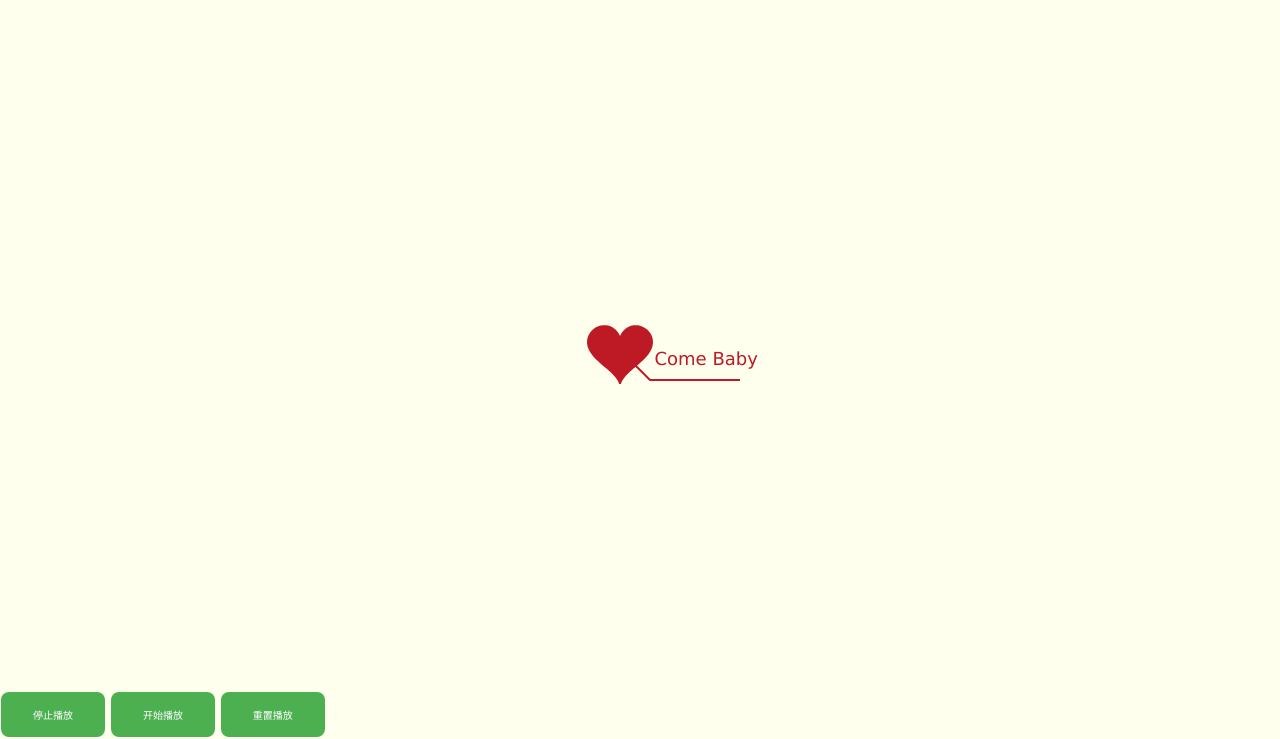
Repository: FuchangXu/FuchangXu.github.io
Page: index.html
These files come from the project's save history. The page is drawn as it stood at one moment and after the next save; the edit follows.
The browser window is 1280 px wide. The pictures show the whole page.

Above is the page before, as saved 2024-08-22 17:29:26.

After the next save:
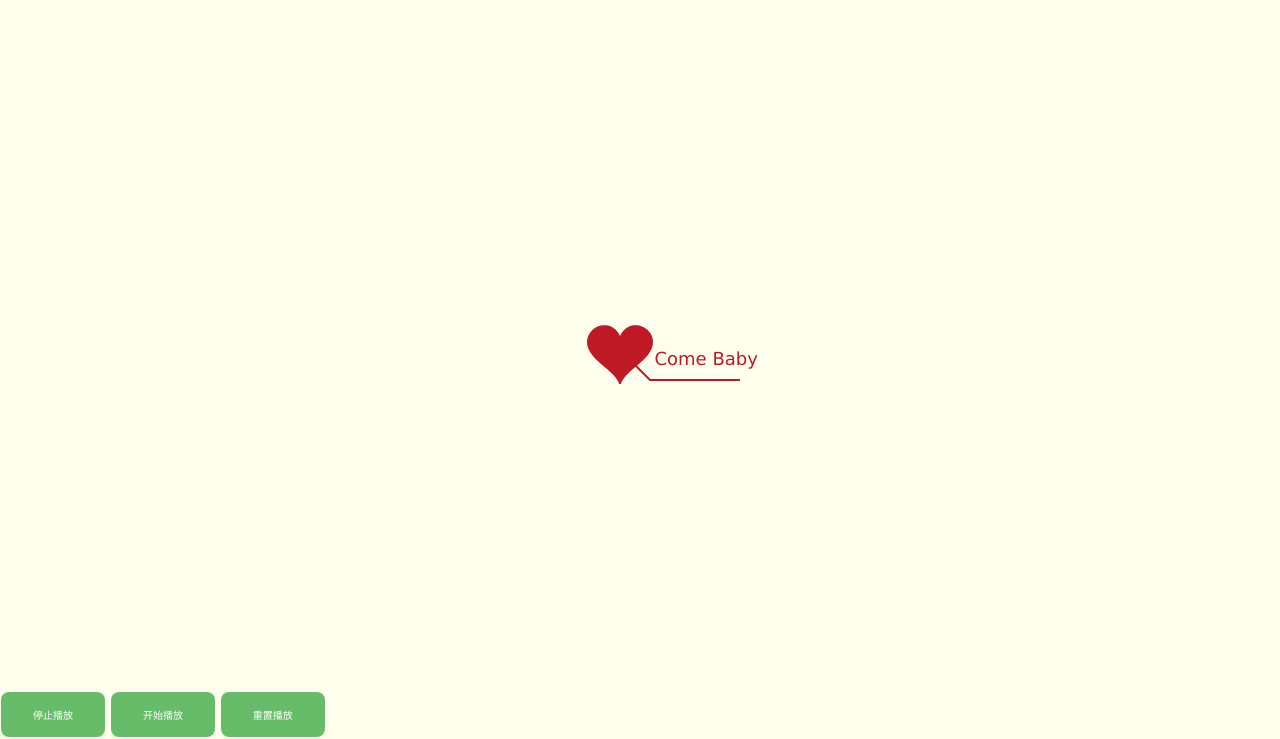
Saved 2 min 31 s later.
--- a/index.html
+++ b/index.html
@@ -53,8 +53,14 @@
 <button onclick="rs()" class="btn">重置播放</button>
 
 <style>
+    .button-container {
+        position: absolute; /* 绝对定位 */
+        top: 20px; /* 距离页面顶部20px */
+        left: 20px; /* 距离页面左侧20px */
+        padding: 10px; /* 容器内边距 */
+    }
     .btn {
-        background-color: #4CAF50; /* 绿色背景 */
+        background-color: hsl(122, 39%, 57%); /* 绿色背景 */
         border: none; /* 无边框 */
         color: white; /* 白色文字 */
         padding: 15px 32px; /* 内边距 */
